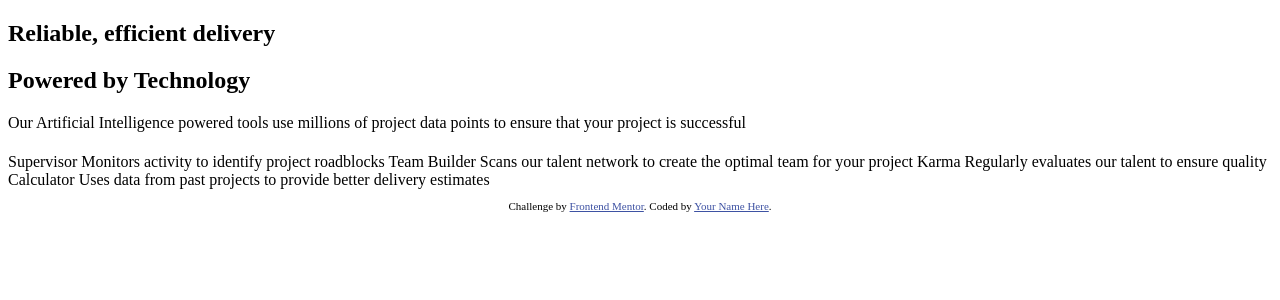
Repository: BuduCE/four-card-feature-section-master
Page: index.html
An editor plug-in stored every save of this project. The page is shown before and after the next save, followed by the edit.
The browser window is 1280 px wide. The pictures show the whole page.

Above is the page before, as saved 2023-06-01 21:25:00.

### index.html
<!DOCTYPE html>
<html lang="en">
<head>
  <meta charset="UTF-8">
  <meta name="viewport" content="width=device-width, initial-scale=1.0"> <!-- displays site properly based on user's device -->

  <link rel="icon" type="image/png" sizes="32x32" href="./images/favicon-32x32.png">

  <title>Frontend Mentor | Four card feature section</title>

  <!-- Feel free to remove these styles or customise in your own stylesheet 👍 -->
  <style>
    .attribution { font-size: 11px; text-align: center; }
    .attribution a { color: hsl(228, 45%, 44%); }
  </style>
</head>
<body>
  <h2>Reliable, efficient delivery</h2>
  <h2>Powered by Technology</h2>

  <p>Our Artificial Intelligence powered tools use millions of project data points
  to ensure that your project is successful</p>

  <div class="product_card">
    <div class="card">
      <h4></h4>
    </div>
    <div class="card"></div>
    <div class="card"></div>
  </div>

  Supervisor
  Monitors activity to identify project roadblocks

  Team Builder
  Scans our talent network to create the optimal team for your project

  Karma
  Regularly evaluates our talent to ensure quality

  Calculator
  Uses data from past projects to provide better delivery estimates


  <footer>
    <p class="attribution">
      Challenge by <a href="https://www.frontendmentor.io?ref=challenge" target="_blank">Frontend Mentor</a>.
      Coded by <a href="#">Your Name Here</a>.
    </p>
  </footer>
</body>
</html>

After the next save:
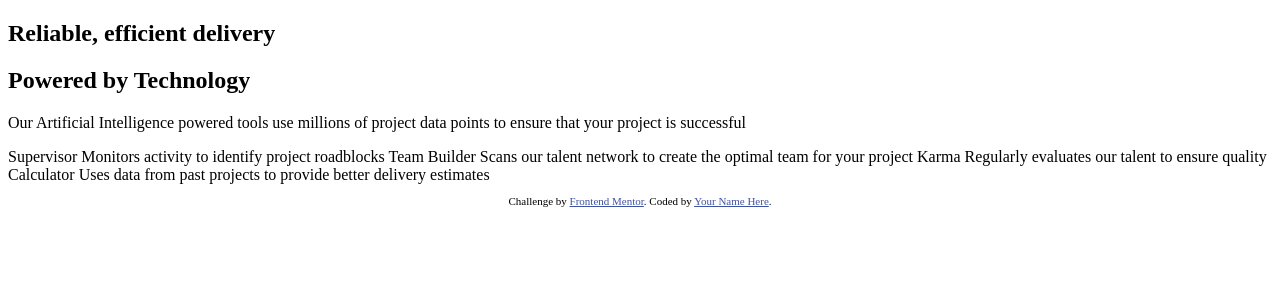
Saved 4 s later.
--- a/index.html
+++ b/index.html
@@ -23,7 +23,7 @@
 
   <div class="product_card">
     <div class="card">
-      <h4></h4>
+
     </div>
     <div class="card"></div>
     <div class="card"></div>
